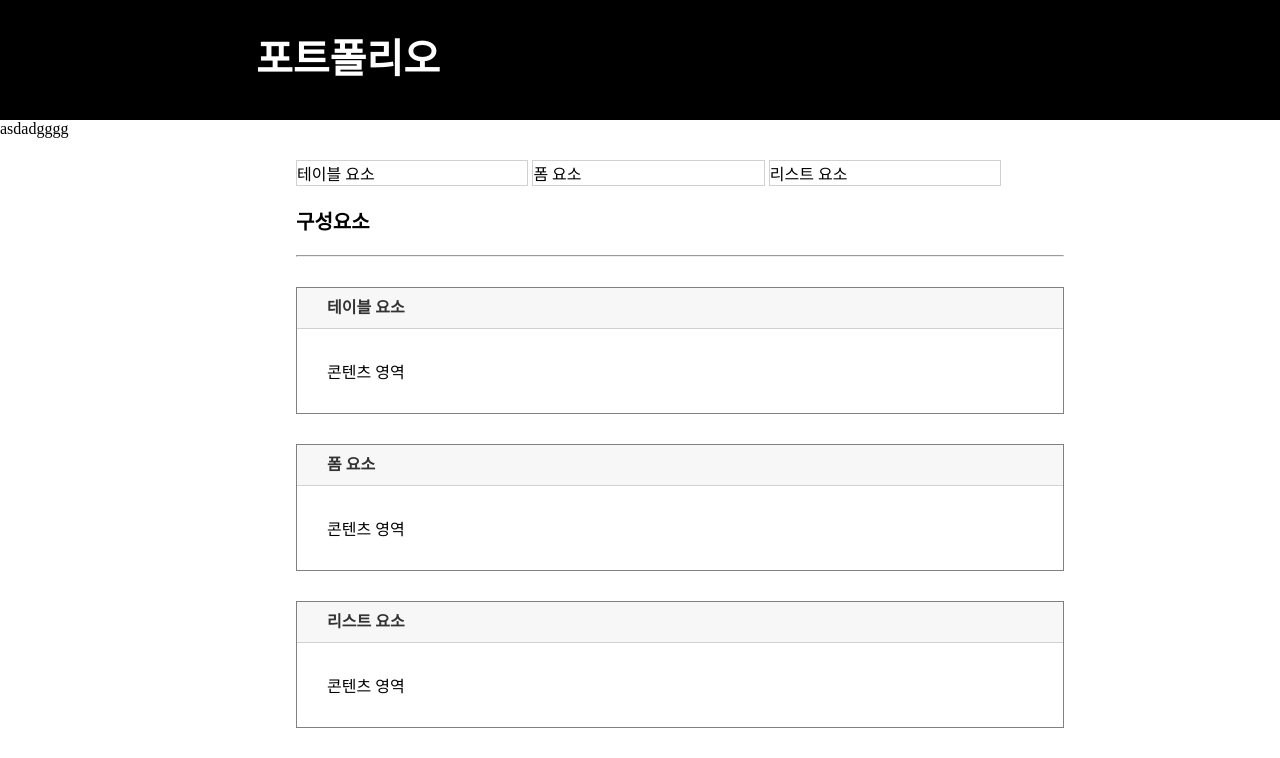
Repository: ItChoi/CSS-Study
Page: Css/WebContent/html/boostcourse/project-A1/portfolio.html
The author's editor kept a copy of each file at every save. The page is drawn from the files as they stood at one save, then again after the next save.
The browser window is 1280 px wide. The pictures show the whole page.

Above is the page before, as saved 2019-06-18 10:49:05.

After the next save:
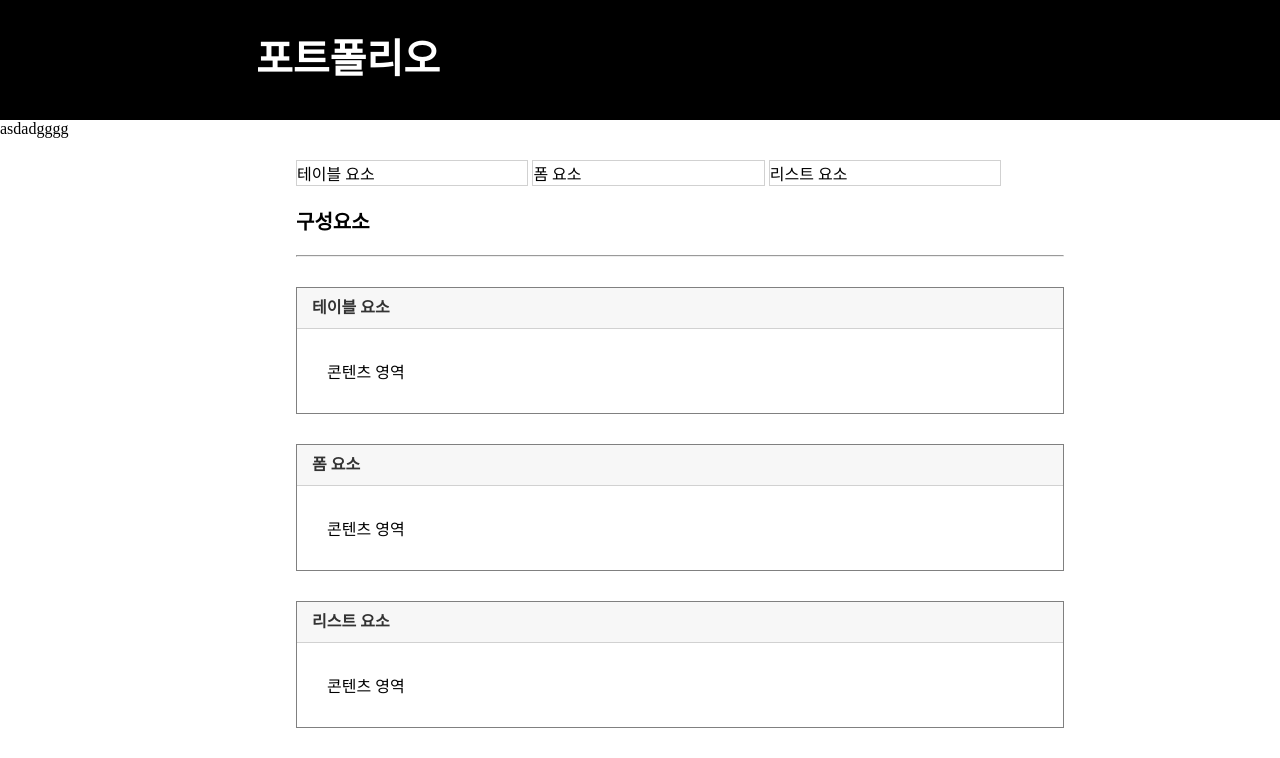
Saved 13 s later.
--- a/Css/WebContent/css/boostcourse/project-A1/portfolio.css
+++ b/Css/WebContent/css/boostcourse/project-A1/portfolio.css
@@ -77,7 +77,6 @@ hr {
 	background-color: #f7f7f7;
 	border-bottom: 1px solid #d1d1d1;
 	height: 40px;
-	padding-left: 15px;
 }
 
 .ele_text {
